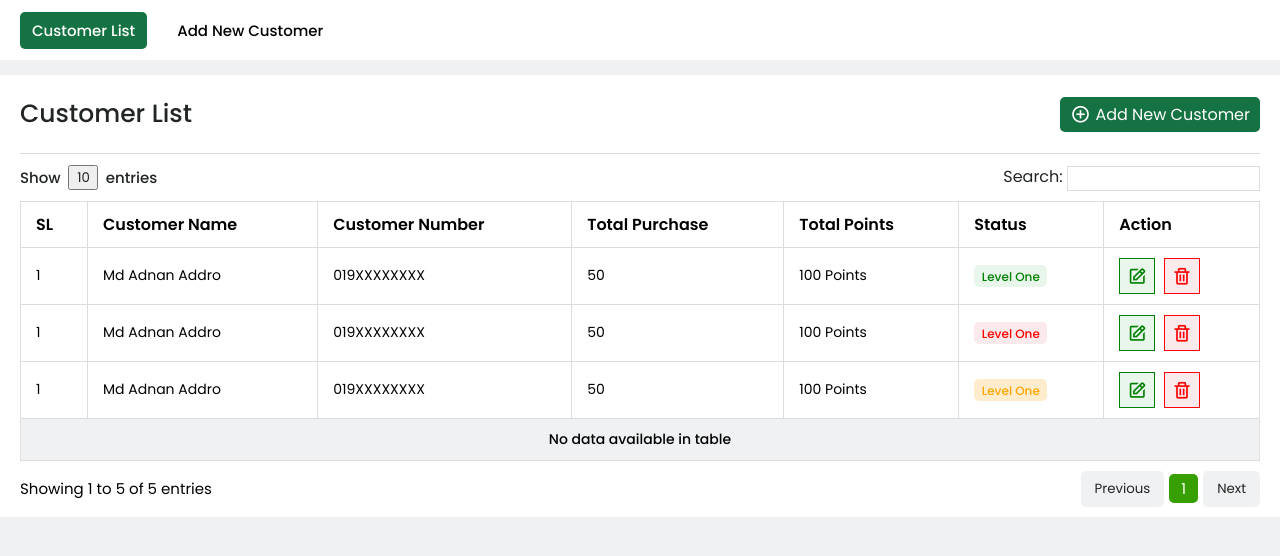
Repository: codebyaddro/customer-page
Page: customer.html
These files come from the project's save history. The page is drawn as it stood at one moment and after a run of saves; the edit follows.
The browser window is 1280 px wide. The pictures show the whole page.

Above is the page before, as saved 2025-02-20 14:47:18.

### customer.html
<!DOCTYPE html>
<html lang="en">
<head>
    <meta charset="UTF-8">
    <meta name="viewport" content="width=device-width, initial-scale=1.0">
    <!-- CSS -->
    <link rel="stylesheet" href="css/customer.css">
    <!-- Icons -->
    <link href='https://unpkg.com/boxicons@2.1.4/css/boxicons.min.css' rel='stylesheet'>
    <title>Customer - Page</title>
</head>
<body style="background-color: var(--gray-white);">
    <div class="cba-customer-container">
        <div class="cba-cusc-top-menus">
            <ul>
                <li><a href="/index.html" class="cba-cusc-active-menu">Customer List</a></li>
                <li><a href="/inner-pages/html/anc.html" class="cba-cusc-light-up">Add New Customer</a></li>
            </ul>
        </div>
        <div class="cba-cusc-list-container">
            <div class="cba-cusc-heading-add-new-btn">
                <div class="cba-cusc-heading">
                    <h2>Customer List</h2>
                </div>
                <div class="cba-cusc-add-new-btn">
                    <i class='cba-cusc-add-icon bx bx-plus-circle'></i>
                    <a href="/inner-pages/html/anc.html">Add New Customer</a>
                </div>
            </div>
            <div class="cba-cusc-list-short-dpdwn-search-box">
                <div class="cba-cusc-list-short-dpdwn">
                    <h3>Show</h3>
                    <select name="10" id="">
                        <option value="">10</option>
                        <option value="">20</option>
                        <option value="">30</option>
                        <option value="">All</option>
                    </select>
                    <h3>entries</h3>
                </div>
                <div class="cba-cusc-search-box">
                    <legend>Search: <input type="text"></legend>
                </div>
            </div>
            <div class="cba-cusc-table-list">
                <table>
                    <thead>
                        <tr>
                            <th title="SL">SL</th>
                            <th title="Code">Customer Name</th>
                            <th title="Category Name">Customer Number</th>
                            <th title="Status">Total Purchase</th>
                            <th title="Status">Total Points</th>
                            <th title="Status">Status</th>
                            <th title="Action">Action</th>
                        </tr>
                    </thead>
                    <tbody>
                        <tr>
                            <td>1</td>
                            <td>Md Adnan Addro</td>
                            <td>019XXXXXXXX</td>
                            <td>50</td>
                            <td><span>100</span> Points</td>
                            <td><span class="cba-cusc-ls1">Level One</span></td>
                            <td>
                                <a title="Edit" href="#"><i class='cba-cusc-edit-icon bx bx-edit'></i></a>
                                <a title="Delete" href="#"><i class='cba-cusc-delete-icon bx bx-trash'></i></a>
                            </td>
                        </tr>
                        <tr>
                            <td>1</td>
                            <td>Md Adnan Addro</td>
                            <td>019XXXXXXXX</td>
                            <td>50</td>
                            <td><span>100</span> Points</td>
                            <td><span class="cba-cusc-ls2">Level One</span></td>
                            <td>
                                <a title="Edit" href="#"><i class='cba-cusc-edit-icon bx bx-edit'></i></a>
                                <a title="Delete" href="#"><i class='cba-cusc-delete-icon bx bx-trash'></i></a>
                            </td>
                        </tr>
                        <tr>
                            <td>1</td>
                            <td>Md Adnan Addro</td>
                            <td>019XXXXXXXX</td>
                            <td>50</td>
                            <td><span>100</span> Points</td>
                            <td><span class="cba-cusc-ls3">Level One</span></td>
                            <td>
                                <a title="Edit" href="#"><i class='cba-cusc-edit-icon bx bx-edit'></i></a>
                                <a title="Delete" href="#"><i class='cba-cusc-delete-icon bx bx-trash'></i></a>
                            </td>
                        </tr>
                        <tr class="cba-cusc-no-data-available">
                            <th colspan="7">No data available in table</th>
                        </tr>
                    </tbody>
                </table>
            </div>
            <div class="cba-cusc-entries-details-list-page-btn">
                <div class="cba-cusc-entries-details">
                    Showing <span>1</span> to <span>5</span> of <span>5</span> entries
                </div>
                <div class="cba-cusc-list-page-btn">
                    <button>Previous</button>
                    <h4><span>1</span></h4>
                    <button>Next</button>
                </div>
            </div>
        </div>
    </div>
</body>
</html>

### css/customer.css
/* -- fonts -- */
@import url('https://fonts.googleapis.com/css2?family=Poppins:ital,wght@0,100;0,200;0,300;0,400;0,500;0,600;0,700;0,800;0,900;1,100;1,200;1,300;1,400;1,500;1,600;1,700;1,800;1,900&family=Raleway:ital,wght@0,100..900;1,100..900&family=Roboto:ital,wght@0,100;0,300;0,400;0,500;0,700;0,900;1,100;1,300;1,400;1,500;1,700;1,900&family=VT323&display=swap');

/* -- root -- */

:root {
    --gray-white: #F0F1F2; /* For body*/
    --white: #FFFFFF;
    --black: #000000;
    --gray-black: #DDDDDD;
    --lt-black: #212523;
    --lt-black-op: #21252350;
    --main-green: #157343;
    --main-lt: #37A000;
    --orange: #FFA500;
    --lt-orange: #FFECCC;
    --green: #008000;
    --lt-green: #e9f6ec;
    --red: #FF0000;
    --lt-red: #fbeaec;
    --blue: #0000FF;
    --lt-blue: #e6e6ff;
}

/* --universal style -- */

* {
    margin: 0;
    padding: 0;
    box-sizing: border-box;
    font-family: "Poppins", serif;
}

/* -- website app text selection cursor style */

::selection {
    color: var(--white);
    background-color: var(--main-lt);
}

/* -- customer container style -- */

.cba-customer-container {
    width: 100%;
    /* margin-top: 25px; */
}

/* -- top menus style--  */

.cba-cusc-top-menus {
    background-color: var(--white);
    display: flex;
    justify-content: left;
    align-items: center;
    height: 60px;
    padding: 10px 40px;
    margin-bottom: 15px;
}

.cba-cusc-top-menus ul {
    list-style-type: none;
    display: flex;
    gap: 30px;
    margin-left: -20px;
}

.cba-cusc-top-menus ul li a {
    text-decoration: none;
    color: var(--black);
    font-size: 15px;
    font-weight: 500;
}

/* -- active menu style -- */

.cba-cusc-active-menu {
    color: var(--white)!important;
    background-color: var(--main-green);
    padding: 8px 12px;
    border-radius: 5px;
}

/* -- menu hover style -- */

.cba-cusc-light-up:hover {
    color: var(--lt-orange);
}

/* -- list container style -- */

.cba-cusc-list-container {
    background-color: var(--white);
    padding: 0px 20px;
}

/* -- heading-add-new-btn style -- */

.cba-cusc-heading-add-new-btn {
    display: flex;
    justify-content: space-between;
    align-items: center;
    border-bottom: 1px solid var(--gray-black);
    padding: 20px 0px;
}

.cba-cusc-heading h2 {
    color: var(--lt-black);
    font-size: 25px;
    font-weight: 500;
}

/* -- add-new-btn style -- */

.cba-cusc-add-new-btn {
    display: flex;
    gap: 5px;
    justify-content: baseline;
    align-items: center;
}

.cba-cusc-add-new-btn {
    background-color: var(--main-green);
    padding: 5px 10px;
    border-radius: 5px;
}

.cba-cusc-add-new-btn a {
    color: var(--white);
    text-decoration: none;
}

.cba-cusc-add-icon {
    color: var(--white);
    font-size: 20px;
}

/* -- list-short-dpdwn-search-box style -- */

.cba-cusc-list-short-dpdwn-search-box {
    display: flex;
    justify-content: space-between;
    align-items: center;
    padding: 10px 0px;
}

/* -- list-short-dpdwn style -- */

.cba-cusc-list-short-dpdwn {
    display: flex;
    gap: 7.5px;
    align-items: center;
}

.cba-cusc-list-short-dpdwn h3 {
    color: var(--lt-black);
    font-size: 15px;
    font-weight: 500;
}

.cba-cusc-list-short-dpdwn select {
    color: var(--lt-black);
    appearance: none;
    height: 25px;
    width: 30px;
    padding-left: 8px;
    outline: none;
    border-radius: 2.5px;
}

/* -- search-box style -- */

.cba-cusc-search-box {
    display: flex;
    align-items: center;
}

.cba-cusc-search-box legend {
    color: var(--lt-black);
}

.cba-cusc-search-box input {
    outline: none;
    height: 25px;
    width: 193px;
    border: 1px solid var(--gray-black);
}

/* -- table-list style --*/

table {
    border-collapse: collapse;
    width: 100%;
}

@media (max-width: 768px) {
    table {
        width: 100%;
        padding: 0rem;
        display: block;
        overflow-x: scroll;
        overflow-y: hidden;
        scrollbar-width: thin;
        scrollbar-color: var(--black);
    }
}

/* -- thead style -- */

thead {
    cursor: pointer;
}

th, td {
    border: 1px solid var(--gray-black);
    padding: 10px 15px;
}

thead tr th {
    font-size: 1rem;
    font-weight: 600;
    text-align: left;
}

tbody tr td {
    font-size: 0.875rem;
}

tbody tr:hover {
    background-color: var(--gray-white);
}

/* -- tbody style -- */

/* status style */

.cba-cusc-ls1 {
    color: var(--green);
    background-color: var(--lt-green);
    font-size: 12px;
    font-weight: 500;
    padding: 2.5px 7.5px;
    border-radius: 5px;
}

.cba-cusc-ls2 {
    color: var(--red);
    background-color: var(--lt-red);
    font-size: 12px;
    font-weight: 500;
    padding: 2.5px 7.5px;
    border-radius: 5px;
}

.cba-cusc-ls3 {
    color: var(--orange);
    background-color: var(--lt-orange);
    font-size: 12px;
    font-weight: 500;
    padding: 2.5px 7.5px;
    border-radius: 5px;
}

/* -- action style -- */

.cba-cusc-edit-icon {
    color: var(--green);
    background-color: var(--lt-green);
    padding: 7px 7px;
    margin-right: 2.5px;
    border: 1px solid var(--green);
    font-size: 20px;
}

.cba-cusc-edit-icon:hover {
    background-color: var(--lt-black-op);
}

.cba-cusc-delete-icon {
    color: var(--red);
    background-color: var(--lt-red);
    padding: 7px 7px;
    margin-left: 2.5px;
    border: 1px solid var(--red);
    font-size: 20px;
}

.cba-cusc-delete-icon:hover {
    background-color: var(--lt-black-op);
}

/* -- no data style */

.cba-cusc-no-data-available th {
    font-size: 14px;
    font-weight:500;
    color: var(--black);
    background-color: var(--gray-white);
}

/* -- entries-details-list-page-btn style -- */

.cba-cusc-entries-details-list-page-btn {
    display: flex;
    justify-content: space-between;
    align-items: center;
    padding: 10px 0px;
}

.cba-cusc-entries-details {
    color: var(--black);
    font-size: 15px;
}

.cba-cusc-list-page-btn {
    display: flex;
    gap: 5px;
    align-items: center;
}

.cba-cusc-list-page-btn button {
    color: var(--lt-black);
    background-color: var(--gray-white);
    padding: 8px 14px;
    border: none;
    border-radius: 5px;
    cursor: pointer;
}

.cba-cusc-list-page-btn > h4 {
    color: var(--white);
    background-color: var(--main-lt);
    font-size: 15px;
    font-weight: 400;
    padding: 3px 12px;
    border-radius: 5px;
}

After the next 6 saves:
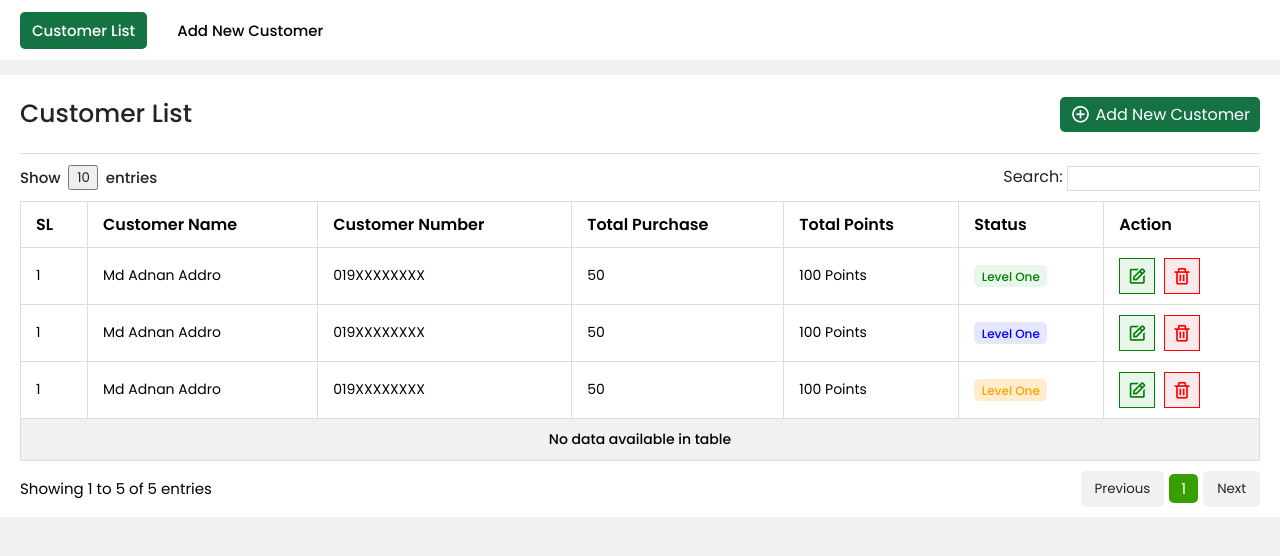
The 6 saves are shown as one change because they came seconds apart.
The last was saved 14 s later.
--- a/css/customer.css
+++ b/css/customer.css
@@ -243,8 +243,8 @@ tbody tr:hover {
 }
 
 .cba-cusc-ls2 {
-    color: var(--red);
-    background-color: var(--lt-red);
+    color: var(--blue);
+    background-color: var(--lt-blue);
     font-size: 12px;
     font-weight: 500;
     padding: 2.5px 7.5px;
